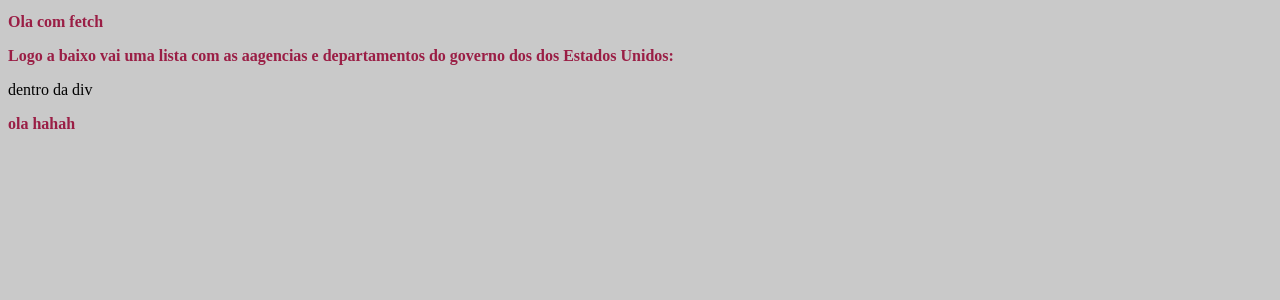
Repository: gustavo-eng/usaJobs
Page: index.html
These files come from the project's save history. The page is drawn as it stood at one moment and after the next save; the edit follows.
The browser window is 1280 px wide. The pictures show the whole page.
The page's requests for data from a server got no answer.

Above is the page before, as saved 2023-01-08 16:30:52.

After the next save:
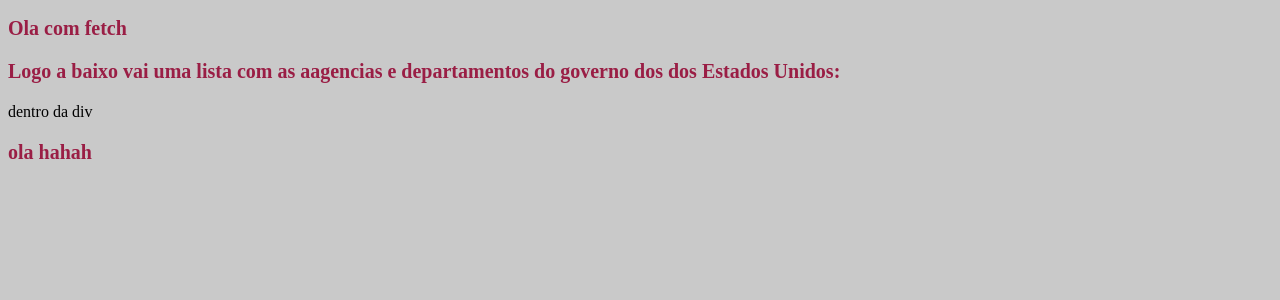
Saved 5 s later.
--- a/index.css
+++ b/index.css
@@ -1,7 +1,7 @@
 h2, p  {
     color: rgb(154, 30, 69);
     font-weight: 900;
-    font-size: medium;
+    font-size: 20px;
 }
 
 body {
